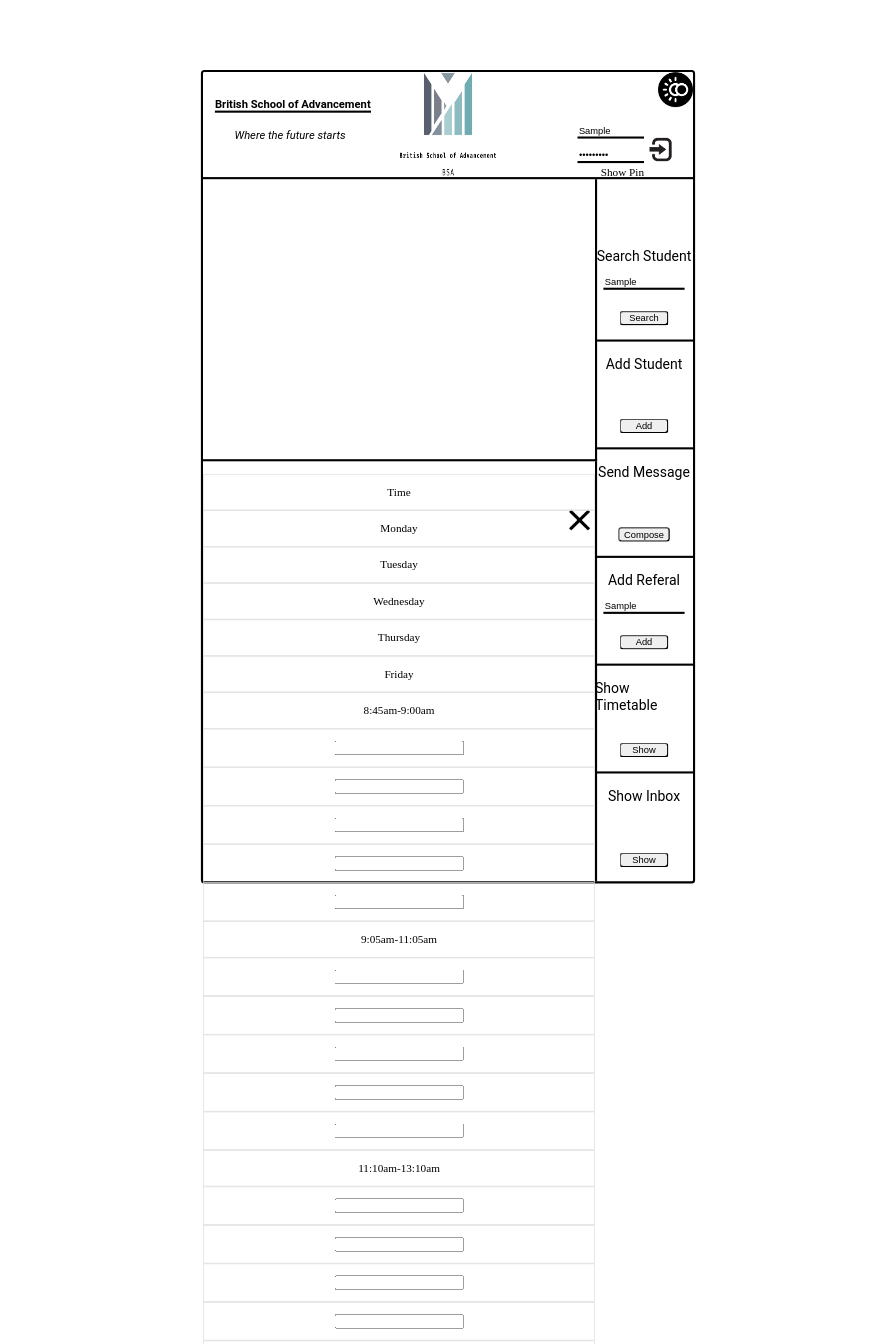
Repository: ghend99/Guardian-Application
Page: index.html
These files come from the project's save history. The page is drawn as it stood at one moment and after the next save; the edit follows.
The browser window is 1280 px wide. The pictures show the part of the page from y = 0 to 1920 px (the page is 2624 px tall before and 1188 px after), at 70% of full size.
Empty fields were first filled with sample values (such as "Sample", 5 or name@example.com).
After loading, the first visible `#timetable-open` was clicked once.

Above is the page before, as saved 2023-06-06 14:29:50.

### index.html
<!DOCTYPE html>
<html lang="en">
  <head>
    <meta charset="UTF-8" />
    <meta http-equiv="X-UA-Compatible" content="IE=edge" />
    <meta name="viewport" content="width=device-width, initial-scale=1.0" />
    <title>Document</title>
    <link rel="stylesheet" href="style.css" />
  </head>
  <body>
    <div id="main-container">
      <div id="header-container">
        <div id="header-container-left-section">
          <p id="header-school-name" class="page-headers">
            British School of Advancement
          </p>
          <p id="header-school-slogan" class="page-headers">
            Where the future starts
          </p>
        </div>
        <div id="header-container-middle-section">
          <img class="header-middle-section-logo" src="./images/logo.png" />
        </div>
        <div id="header-container-right-section">
          <input
            id="header-login-input-fullname"
            class="login-input-fullname login-input input"
            type="text"
            placeholder="First name..."
          />
          <input
            id="header-login-input-pin"
            class="login-input-pin login-input input"
            placeholder="Pin..."
            type="password"
          />
          <p id="show-pin-header">Show Pin</p>
          <img
            id="header-login-button"
            class="login-button"
            src="./images/login-button.png"
          />
          <img class="header-dark-mode-toggle" src="./images/dark-mode.png" />
          <img class="login-modal-open" src="./images/login.png" />
        </div>
      </div>
      <div id="sidebar-container">
        <div id="sidebar-link-container1" class="sidebar-link-container">
          <p class="sidebar-link-header page-headers">Search Student</p>
          <input class="sidebar-input input" placeholder="Name..." />
          <button class="sidebar-search-button submit-button">Search</button>
        </div>
        <div id="sidebar-link-container2" class="sidebar-link-container">
          <p class="sidebar-link-header page-headers">Add Student</p>
          <button id="add-student" class="sidebar-search-button submit-button">
            Add
          </button>
        </div>
        <div id="sidebar-link-container3" class="sidebar-link-container">
          <p class="sidebar-link-header page-headers">Send Message</p>
          <button
            id="compose-message-open"
            class="sidebar-search-button submit-button"
          >
            Compose
          </button>
        </div>
        <div id="sidebar-link-container4" class="sidebar-link-container">
          <p class="sidebar-link-header page-headers">Add Referal</p>
          <input
            id="add-referal-fullname"
            class="sidebar-input input"
            placeholder="Name..."
          />
          <button id="add-referal" class="sidebar-search-button submit-button">
            Add
          </button>
        </div>
        <div id="sidebar-link-container5" class="sidebar-link-container">
          <p class="sidebar-link-header page-headers">Show Timetable</p>
          <button
            id="timetable-open"
            class="sidebar-search-button submit-button"
          >
            Show
          </button>
        </div>
        <div id="sidebar-link-container6" class="sidebar-link-container">
          <p class="sidebar-link-header page-headers">Show Inbox</p>
          <button id="inbox-open" class="sidebar-search-button submit-button">
            Show
          </button>
        </div>
        <div id="sidebar-link-container7" class="sidebar-link-container">
          <p class="sidebar-link-header page-headers">Update Timetable</p>
          <button
            id="update-timetable"
            class="sidebar-search-button submit-button"
          >
            Show
          </button>
        </div>
      </div>
      <img class="sidebar-open" src="./images/menu.png" />

      <div id="student-information-container">
        <h1
          id="student-information-name-header"
          class="student-information page-headers"
        >
          Student Name:
        </h1>
        <h3 class="student-information student-information-general-header">
          General Information
        </h3>
        <p id="student-information-first-name" class="student-information">
          First Name:
        </p>
        <p id="student-information-last-name" class="student-information">
          Last Name:
        </p>
        <p id="student-information-year" class="student-information">
          Year Group:
        </p>
        <p id="student-information-referals" class="student-information">
          Referals:
        </p>
        <p id="password-reset" class="student-information">Reset Password</p>
      </div>

      <div id="student-management-container">
        <p class="student-management-heading"></p>
        <img id="student-management-close" src="./images/close.png" />
        <div id="timetable-container"></div>
        <div id="inbox-container">
          <div id="inbox-header">
            <p>Date</p>
            <p>Sender</p>
            <p>Reciever</p>
            <p>Subject</p>
            <p>Message</p>
          </div>
          <div id="inbox-line">
            <p></p>
            <p></p>
            <p></p>
            <p></p>
            <p></p>
          </div>
        </div>
      </div>
    </div>

    <div id="login-modal-container">
      <h1 class="login-modal-header modal-header page-headers">Login</h1>
      <img
        id="login-modal-close"
        class="modal-close"
        src="./images/close.png"
      />
      <input
        id="login-modal-fullname"
        class="login-input-fullname login-modal-input input"
        type="text"
        placeholder="Full name..."
      />
      <input
        id="login-modal-pin"
        class="login-input-pin login-modal-input input"
        type="number"
        placeholder="Pin..."
      />
      <p id="login-modal-show-pin">Show Pin</p>
      <input id="login-modal-submit" class="submit-button" type="submit" />
    </div>

    <div id="create-account-container">
      <p id="create-account-header" class="modal-header page-headers">
        Add Student Details
      </p>
      <img
        id="create-account-close"
        class="modal-close"
        src="./images/close.png"
      />
      <input
        id="create-account-first-name"
        class="create-account-input input"
        placeholder="First name..."
      />
      <input
        id="create-account-last-name"
        class="create-account-input input"
        placeholder="Last name..."
      />
      <input
        id="create-account-year"
        class="create-account-input input"
        placeholder="Year..."
      />
      <input
        id="create-account-pin"
        class="create-account-input input"
        placeholder="Year..."
      />

      <input
        id="create-account-repin"
        class="create-account-input input"
        placeholder="Year..."
      />
      <input id="create-account-submit" class="submit-button" type="submit" />
    </div>

    <div id="compose-message-container" class="">
      <p id="compose-message-header" class="modal-header">Compose Message</p>
      <img
        id="compose-message-close"
        class="modal-close"
        src="./images/close.png"
      />
      <input
        id="compose-message-reciever"
        class="compose-message-input input"
        type="text"
        placeholder="Reciever..."
      />
      <input
        id="compose-message-title"
        class="compose-message-input input"
        type="text"
        placeholder="Subject..."
      />
      <textarea
        id="compose-message-text-area"
        placeholder="Message..."
      ></textarea>
      <input id="compose-message-submit" class="submit-button" type="submit" />
    </div>

    <div id="password-reset-container">
      <p id="password-reset-header" class="modal-header page-headers">
        Pin Reset
      </p>
      <img
        id="password-reset-close"
        class="modal-close"
        src="./images/close.png"
      />
      <input
        id="password-reset-old"
        class="password-reset-input input"
        type="number"
        placeholder="Old Pin..."
      />
      <input
        id="password-reset-new"
        class="password-reset-input input"
        type="number"
        placeholder="New Pin..."
      />
      <input
        id="password-reset-new-retype"
        class="password-reset-input input"
        type="number"
        placeholder="New Pin..."
      />
      <input id="password-reset-submit" class="submit-button" type="submit" />
    </div>
    <script src="functions.js"></script>
    <script src="elements.js"></script>
    <script src="buttons.js"></script>
    <script src="message.js"></script>
    <script src="timetable.js"></script>
  </body>
</html>

### style.css
button {
  cursor: pointer;
}

.input {
  background-color: transparent;
  text-decoration: none;
  border: none;
  border-bottom: solid;
  outline: none;
}

.page-headers {
  font-family: "Roboto", Arial;
}

.modal-header {
  font-size: 30px;
  font-weight: bold;
  margin-top: 10px;
}

.dark-mode {
  background-color: black;
  color: white;
  border: solid;
  border-radius: 5px;
}

.input-dark-mode {
  color: white;
  border-color: white;
}

.button-dark-mode {
  color: white;
  background-color: black;
}

#main-container {
  position: relative;
  left: 50%;
  transform: translate(-50%);
  max-width: 50%;
  min-width: 700px;
  max-height: 1200px;
  min-height: 1000px;
  margin-top: 100px;
  border: solid;
  border-radius: 5px;
}

#header-container {
  display: grid;
  grid-template-columns: 1fr 1fr 1fr;
  grid-template-rows: 1fr;
  max-height: 200px;
  min-height: 150px;
  width: 100%;
  border-bottom: solid;
}

#header-school-name {
  position: absolute;
  top: 20px;
  left: 17px;
  font-size: clamp(1rem, 1vw, 2rem);
  font-weight: bold;
  border-bottom: solid;
}

#header-school-slogan {
  position: absolute;
  top: clamp(5%, 70px, 80px);
  left: clamp(45px, 5%, 70px);
  font-size: clamp(0.9rem, 1.5vw, 1rem);
  margin-top: 10px;
  font-style: italic;
}

#header-container-middle-section {
  display: flex;
  justify-content: center;
}

.header-middle-section-logo {
  width: 60%;
}

#header-login-input-fullname {
  position: absolute;
  top: 75px;
  width: 13%;
  right: 10%;
}

#header-login-input-pin {
  position: absolute;
  top: 110px;
  width: 13%;
  right: 10%;
}

#show-pin-header {
  position: absolute;
  top: 135px;
  right: 10%;
  margin: 0;
}

#header-login-button {
  position: absolute;
  width: 50px;
  right: 3%;
  top: 85px;
}

.header-dark-mode-toggle {
  position: absolute;
  width: 50px;
  top: 0;
  right: 0;
  cursor: pointer;
}

.login-modal-open {
  display: none;
}

#sidebar-container {
  position: absolute;
  display: grid;
  grid-template-columns: 1fr;
  grid-template-rows: 1fr 1fr 1fr 1fr 1fr 1fr;
  right: 0;
  bottom: 0;
  max-width: 30%;
  min-width: 20%;
  max-height: 1000px;
  min-height: 925px;
}

#sidebar-link-container1 {
  justify-content: center;
}

#sidebar-link-container6 {
  border-bottom: none;
}

#sidebar-link-container7 {
  display: none;
}

.sidebar-link-container {
  position: relative;
  display: flex;
  justify-content: center;
  border-bottom: solid;
}

.sidebar-link-header {
  position: absolute;
  font-size: 20px;
}

.sidebar-input {
  position: absolute;
  margin-top: 60px;
  width: 80%;
}

.sidebar-search-button {
  position: absolute;
  max-width: 75%;
  min-width: 70px;
  bottom: 20px;
  border-radius: 5px;
}

.sidebar-open {
  position: absolute;
  width: 50px;
  right: 0;
  top: 155px;
  display: none;
}

#student-information-container {
  max-height: 800px;
  min-height: 400px;
  max-width: 80%;
  min-width: 50%;
  border-bottom: solid;
  border-right: solid;
}

#student-information-name-header {
  font-size: 30px;
  font-weight: bold;
  border-bottom: solid;
  width: fit-content;
  margin-left: 30px;
  margin-top: 0;
}

.student-information {
  margin-left: 40px;
  display: none;
}

.student-information-general-header {
  font-size: 24px;
  font-weight: bold;
  padding-left: 40px;
}

#password-reset {
  border-bottom: solid;
  font-weight: bold;
  width: fit-content;
  cursor: pointer;
}

#student-management-container {
  max-width: 80%;
  min-width: 50%;
  max-height: 600px;
  min-height: 500px;
  border-right: solid;
}

.student-management-heading {
  display: inline-block;
  font-size: 30px;
  margin: 0;
  margin-left: 20px;
  width: fit-content;
}

#student-management-close {
  position: absolute;
  bottom: 43.3%;
  right: 21%;
  width: 30px;
  cursor: pointer;
}

#timetable-container {
  position: relative;
  display: grid;
  grid-gap: 1em;
  grid-template-rows: repeat(var(--grid-rows), 1fr);
  grid-template-columns: repeat(var(--grid-cols), 1fr);
  /* top: 50px; */
  overflow: scroll;
  max-height: 90%;
  min-height: 466px;
  /* max-width: 99.6%;
  min-width: 250px; */
  display: none;
}

:root {
  --grid-cols: 1;
  --grid-rows: 1;
}

.grid-item {
  padding: 1em;
  border: 1px solid #ddd;
  text-align: center;
}

#timetable-input {
  width: 100px;
}

#inbox-container {
  max-height: 90%;
  min-height: 466px;
  max-width: 99.6%;
  min-width: 250px;
  display: none;
}

#inbox-header {
  position: relative;
  display: grid;
  grid-template-columns: 1fr 1fr 1fr 1fr 1fr;
  grid-template-rows: 1fr;
  width: 100%;
  height: 50px;
  /* background-color: aqua; */
  overflow-y: auto;
  font-family: "Roboto", Arial;
}

#inbox-line {
  position: relative;
  display: grid;
  grid-template-columns: 1fr 1fr 1fr 1fr 1fr;
  grid-template-rows: 1fr;
  row-gap: 20px;
  width: 100%;
  height: 50px;
  /* background-color: darkorange; */
  overflow-y: auto;
  font-family: "EB Garamond", Arial;
}

#login-modal-container,
#create-account-container,
#compose-message-container,
#password-reset-container {
  position: absolute;
  left: 50%;
  top: 30%;
  transform: translate(-50%);
  text-align: center;
  border: solid;
  border-radius: 5px;
  display: none;
}

#login-modal-container {
  max-width: 40%;
  min-width: 300px;
  max-height: 400px;
  min-height: 300px;
  text-align: center;
  border: solid;
  border-radius: 5px;
  display: none;
  background-color: whitesmoke;
  cursor: pointer;
}

#login-modal-fullname {
  position: absolute;
  top: 120px;
  left: 50px;
}

#login-modal-pin {
  position: absolute;
  top: 170px;
  left: 50px;
}

#login-modal-show-pin {
  position: absolute;
  top: 200px;
  left: 50px;
  margin: 0;
  font-size: 14px;
  cursor: pointer;
}

#login-modal-submit {
  left: 15%;
}

#login-modal-submit,
#create-account-submit,
#compose-message-submit,
#password-reset-submit {
  position: absolute;
  bottom: 20px;
  max-height: 60px;
  min-height: 30px;
  max-width: 20%;
  min-width: 200px;
}

#create-account-container {
  max-width: 60%;
  min-width: 400px;
  max-height: 600px;
  min-height: 500px;
}

.create-account-input,
.compose-message-input,
.password-reset-input {
  position: absolute;
  left: 30px;
}

#create-account-first-name {
  top: 80px;
}

#create-account-last-name {
  top: 150px;
}

#create-account-year {
  top: 220px;
}

#create-account-pin {
  top: 290px;
}

#create-account-submit {
  left: 25%;
}

#create-account-repin {
  position: absolute;
  top: 360px;
  left: 30px;
}

#compose-message-container {
  max-width: 60%;
  min-width: 400px;
  max-height: 600px;
  min-height: 500px;
}

.modal-close {
  position: absolute;
  width: 30px;
  right: 0;
  top: 0;
  cursor: pointer;
}

#compose-message-reciever {
  top: 80px;
}

#compose-message-title {
  top: 130px;
}

#compose-message-text-area {
  position: absolute;
  top: 35%;
  left: 30px;
  max-height: 80%;
  min-height: 230px;
  max-width: 100%;
  min-width: 280px;
}

#compose-message-submit {
  left: 25%;
}

#password-reset-container {
  max-width: 40%;
  min-width: 300px;
  max-height: 400px;
  min-height: 300px;
}

#password-reset-new {
  top: 120px;
}

#password-reset-new-retype {
  top: 165px;
}

#password-reset-submit {
  left: 17%;
}

@media screen and (min-width: 0) and (max-width: 720px) {
  #main-container {
    max-width: 600px;
    min-width: 300px;
  }

  #header-container {
    grid-template-columns: 1fr 1fr;
  }

  .header-middle-section-logo,
  #header-login-input-fullname,
  #header-login-input-pin,
  #show-pin-header,
  #header-login-button {
    display: none;
  }

  .login-modal-open {
    position: absolute;
    display: block;
    right: 0;
    top: 100px;
    width: 50px;
  }

  #sidebar-container {
    display: none;
  }

  .sidebar-link-header {
    font-size: 12px;
  }

  .sidebar-open {
    display: block;
  }

  .student-information-name-header {
    margin-left: 15px;
  }

  .student-information-general-header {
    margin-left: 25px;
    padding: 0;
  }

  .student-information {
    margin-left: 28px;
  }
}

### buttons.js
btnDarkModeToggle.addEventListener("click", function (e) {
  e.preventDefault();
  if (darkMode === false) {
    darkModeToggle();
  } else {
    lightModeToggle();
  }
});

btnAddStudentOpen.addEventListener("click", function (e) {
  e.preventDefault();
  addStudentContainer.style.display = "block";
  mainContainer.style.filter = "blur(3px)";
});

btnAddStudentClose.addEventListener("click", function (e) {
  e.preventDefault();
  addStudentContainer.style.display = "none";
  mainContainer.style.filter = "blur(0px)";
});

btndAddStudentSubmit.addEventListener("click", function (e) {
  e.preventDefault();
  createStudent();
  addStudentFirstNameInput.value = "";
  addStudentLastNameInput.value = "";
  addStudentYearInput.value = "";
  addStudentPinInput.value = "";
  addStudentRePinInput.value = "";
});

btnLoginHeader.addEventListener("click", function (e) {
  e.preventDefault();
  login();
  studentInformation.forEach((e) => {
    e.style.display = "block";
    inboxContainer.style.display = "none";
    inboxLine.innerHTML = "";
  });
});

btnLoginModalOpen.addEventListener("click", function (e) {
  e.preventDefault();
  loginContainer.style.display = "block";
  mainContainer.style.filter = "blur(3px)";
});

btnLoginModalClose.addEventListener("click", function (e) {
  e.preventDefault();
  loginContainer.style.display = "none";
  mainContainer.style.filter = "blur(0px)";
});

btnLoginModalSubmit.addEventListener("click", function (e) {
  e.preventDefault();
  loginModal();
  studentInformation.forEach((e) => {
    e.style.display = "block";
  });
  loginContainer.style.display = "none";
});

btnComposeMessageOpen.addEventListener("click", function (e) {
  e.preventDefault();
  if (currentAccount === undefined) {
    alert("You need to login first");
  } else {
    composeMessageContainer.style.display = "block";
    mainContainer.style.filter = "blur(3px)";
  }
});

btnComposeMessageClose.addEventListener("click", function (e) {
  composeMessageContainer.style.display = "none";
  mainContainer.style.filter = "blur(0px)";
});

btnComposeMessageSubmit.addEventListener("click", function (e) {
  e.preventDefault();
  sendMessage();
});

btnInboxOpen.addEventListener("click", function (e) {
  e.preventDefault();
  timetableContainer.style.display = "none";
  inboxContainer.style.display = "block";
});

btnTimetableOpen.addEventListener("click", function (e) {
  e.preventDefault();
  inboxContainer.style.display = "none";
  timetableContainer.style.display = "block";
});

btnStudentManagementClose.addEventListener("click", function (e) {
  timetableContainer.style.display = "none";
  inboxContainer.style.display = "none";
});

### message.js
const sendMessage = function () {
  const message = composeMessageText.value;
  const subject = composeMessageSubject.value;
  const reciever = composeMessageReciever.value;
  const target = students.find((stu) => stu.fullName === `${reciever}`);
  const date = new Date(Date.now()).toLocaleString();
  console.log(date);
  console.log(message, subject, reciever, target);
  if (target === undefined) {
    alert("Not a valid message reciercer");
  } else {
    target.inbox.push(message);
    target.from.push(currentAccount.fullName);
    target.subject.push(subject);
    target.date.push(date);
    // currentAccount.sent.push(message);
    // currentAccount.date.push(date);
    composeMessageReciever.value = "";
    composeMessageText.value = "";
    composeMessageSubject.value = "";
    localStorage.setItem("students", JSON.stringify(students));
    alert("Message Sent");
    // updateInbox(target, currentAccount, message, subject);
  }
};

// const updateInbox = function (target, currentAccount, message, subject) {
//   const html = ` <div id="inbox-line">
//   <p>${new Date(Date.now()).toLocaleString()}</p>
//   <p>${currentAccount.fullName}</p>
//   <p>${target.fullName}</p>
//   <p>${subject}</p>
//   <p>${message}</p>
// </div>
//   `;
//   inboxLine.insertAdjacentHTML("beforebegin", html);
// };

const updateInboxLoad = function (target) {
  getStudentsLocalStorage();
  for (let i = 0; i < currentAccount.inbox.length; i++) {
    const html = `<div id="inbox-line">
  <p>${currentAccount.date[i]}</p>
  <p>${currentAccount.from[i]}</p>
  <p>${currentAccount.fullName}</p>
  <p>${currentAccount.subject[i]}</p>
  <p>${currentAccount.inbox[i]}</p>
</div>
  `;
    inboxLine.insertAdjacentHTML("beforebegin", html);
  }
};
// updateInboxLoad();

Loaded but not shown: timetable.js (233 lines, source omitted); functions.js (216 lines, source omitted); elements.js (94 lines, source omitted)

After the next save:
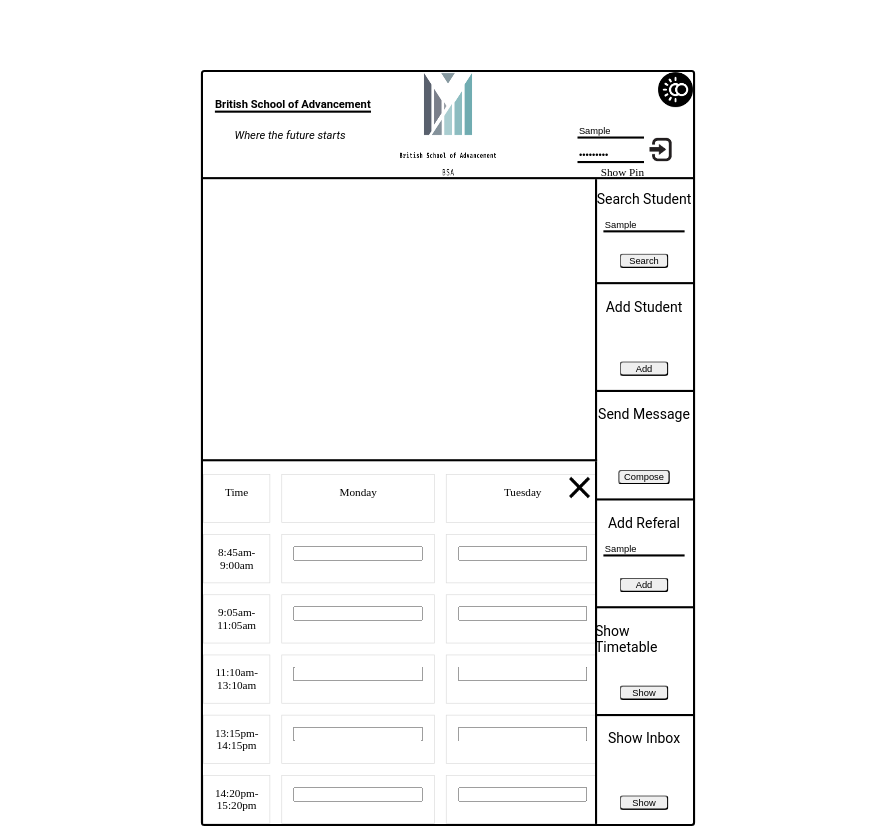
Saved 54 s later.
--- a/buttons.js
+++ b/buttons.js
@@ -89,7 +89,7 @@ btnInboxOpen.addEventListener("click", function (e) {
 btnTimetableOpen.addEventListener("click", function (e) {
   e.preventDefault();
   inboxContainer.style.display = "none";
-  timetableContainer.style.display = "block";
+  timetableContainer.style.display = "grid";
 });
 
 btnStudentManagementClose.addEventListener("click", function (e) {
